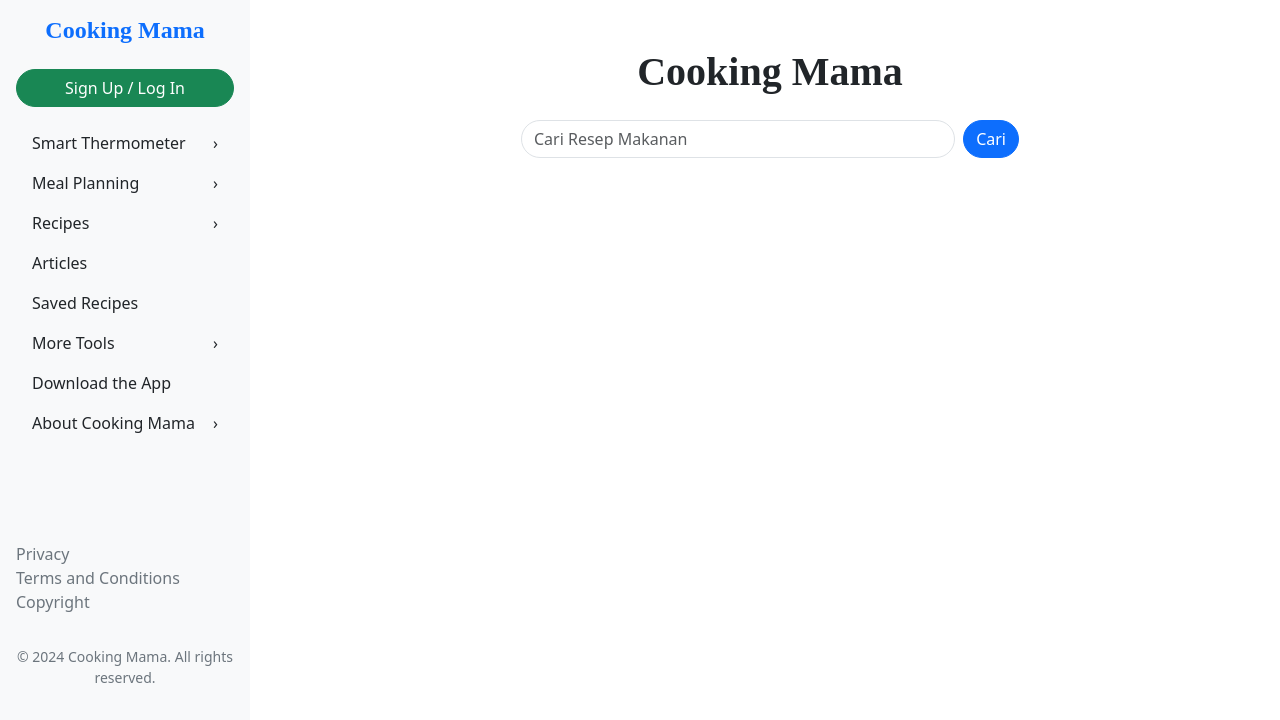
Repository: julius2510/UAS_Frontend_Kelompok10
Page: index.html
An editor plug-in stored every save of this project. The page is shown before and after the next save, followed by the edit.
The browser window is 1280 px wide. The pictures show the whole page.
Some icons come from a web library that is not loaded, so they are not drawn.

Above is the page before, as saved 2024-11-21 00:53:02.

### index.html
<!DOCTYPE html>
<html lang="en">
<head>
  <meta charset="UTF-8">
  <meta name="viewport" content="width=device-width, initial-scale=1.0">
  <title>Cooking Mama</title>
  <link href="https://cdn.jsdelivr.net/npm/bootstrap@5.3.0/dist/css/bootstrap.min.css" rel="stylesheet">
</head>
<body>
  <div class="d-flex">
    <!-- Sidebar Navbar -->
    <nav class="bg-light p-3 d-flex flex-column justify-content-between" style="width: 250px; height: 100vh; position: fixed; top: 0; left: 0; overflow-y: auto;">
      <!-- Header -->
      <div>
        <h2 class="fs-4 fw-bold text-primary text-center" style="font-family: cursive;">Cooking Mama</h2>
        <button class="btn btn-success w-100 rounded-pill my-3">Sign Up / Log In</button>
        <ul class="nav flex-column">
          <!-- Smart Thermometer -->
          <li class="nav-item">
            <a class="nav-link text-dark" data-bs-toggle="collapse" href="#collapseThermometer" role="button" aria-expanded="false" aria-controls="collapseThermometer">
              Smart Thermometer <span class="float-end">&rsaquo;</span>
            </a>
            <div class="collapse" id="collapseThermometer">
              <ul class="list-unstyled ps-3">
                <li><a href="#" class="nav-link text-secondary">Temperature Settings</a></li>
                <li><a href="#" class="nav-link text-secondary">Device Connectivity</a></li>
              </ul>
            </div>
          </li>
          <!-- Meal Planning -->
          <li class="nav-item">
            <a class="nav-link text-dark" data-bs-toggle="collapse" href="#collapseMealPlanning" role="button" aria-expanded="false" aria-controls="collapseMealPlanning">
              Meal Planning <span class="float-end">&rsaquo;</span>
            </a>
            <div class="collapse" id="collapseMealPlanning">
              <ul class="list-unstyled ps-3">
                <li><a href="#" class="nav-link text-secondary">Weekly Plan</a></li>
                <li><a href="#" class="nav-link text-secondary">Shopping List</a></li>
              </ul>
            </div>
          </li>
          <!-- Recipes -->
          <li class="nav-item">
            <a class="nav-link text-dark" data-bs-toggle="collapse" href="#collapseRecipes" role="button" aria-expanded="false" aria-controls="collapseRecipes">
              Recipes <span class="float-end">&rsaquo;</span>
            </a>
            <div class="collapse" id="collapseRecipes">
              <ul class="list-unstyled ps-3">
                <li><a href="#" class="nav-link text-secondary">Popular Recipes</a></li>
                <li><a href="#" class="nav-link text-secondary">Quick Recipes</a></li>
              </ul>
            </div>
          </li>
          <!-- Articles -->
          <li class="nav-item">
            <a href="#" class="nav-link text-dark">Articles <span class="float-end"></span></a>
          </li>
          <!-- Saved Recipes -->
          <li class="nav-item">
            <a href="#" class="nav-link text-dark">Saved Recipes <span class="float-end"></span></a>
          </li>
          <!-- More Tools -->
          <li class="nav-item">
            <a class="nav-link text-dark" data-bs-toggle="collapse" href="#collapseTools" role="button" aria-expanded="false" aria-controls="collapseTools">
              More Tools <span class="float-end">&rsaquo;</span>
            </a>
            <div class="collapse" id="collapseTools">
              <ul class="list-unstyled ps-3">
                <li><a href="#" class="nav-link text-secondary">Cooking Timer</a></li>
                <li><a href="#" class="nav-link text-secondary">Measurement Converter</a></li>
              </ul>
            </div>
          </li>
          <!-- Download the App -->
          <li class="nav-item">
            <a href="#" class="nav-link text-dark">Download the App <span class="float-end"></span></a>
          </li>

          <li class="nav-item">
            <a class="nav-link text-dark" data-bs-toggle="collapse" href="#collapseAbout" role="button" aria-expanded="false" aria-controls="collapseTools">
              About Cooking Mama <span class="float-end">&rsaquo;</span>
            </a>
            <div class="collapse" id="collapseAbout">
              <ul class="list-unstyled ps-3">
                <li><a href="about.html" class="nav-link text-secondary">About Us</a></li>
                <li><a href="contact.html" class="nav-link text-secondary">Contact Us</a></li>
                <li><a href="faq.html" class="nav-link text-secondary">FAQ</a></li>

              </ul>
            </div>
          </li>
        </ul>


      </div>

      <!-- Footer -->
      <div>

        <ul class="list-unstyled">
          <li><a href="#" class="nav-link text-secondary">Privacy</a></li>
          <li><a href="#" class="nav-link text-secondary">Terms and Conditions</a></li>
          <li><a href="#" class="nav-link text-secondary">Copyright</a></li>
        </ul>
        <div class="d-flex justify-content-between mt-3">
          <a href="#" class="text-secondary"><i class="bi bi-facebook"></i></a>
          <a href="#" class="text-secondary"><i class="bi bi-pinterest"></i></a>
          <a href="#" class="text-secondary"><i class="bi bi-youtube"></i></a>
          <a href="#" class="text-secondary"><i class="bi bi-tiktok"></i></a>
        </div>
        <p class="text-secondary mt-3 text-center small">© 2024 Cooking Mama. All rights reserved.</p>
      </div>
    </nav>

    <!-- Main Content -->
    <div class="container mt-5" style="margin-left: 260px;">
      <h1 class="text-center mb-4 fs-1 fw-bold" style="font-family: cursive;">Cooking Mama</h1>
      <div class="d-flex justify-content-center">
        <form id="searchForm" class="d-flex w-50">
          <input type="text" id="query" class="form-control me-2 rounded-pill" placeholder="Cari Resep Makanan" required>
          <button type="submit" class="btn btn-primary rounded-pill">Cari</button>
        </form>
      </div>
      <div id="results" class="row g-4 mt-4"></div>
      <div id="recipeDetails" class="mt-5"></div>
    </div>
  </div>

  <script src="script.js"></script>
  <script src="https://cdn.jsdelivr.net/npm/bootstrap@5.3.0/dist/js/bootstrap.bundle.min.js"></script>
  <script src="https://cdn.jsdelivr.net/npm/bootstrap-icons/font/bootstrap-icons.js"></script>
</body>
</html>

### script.js
const apiKey = 'c30bb4e46d6d4ec082eb3f1c8cf1c071'; // API Key Anda
const searchForm = document.getElementById('searchForm');
const resultsDiv = document.getElementById('results');
const recipeDetailsDiv = document.getElementById('recipeDetails');

// Fungsi untuk mendapatkan data resep
async function getRecipes(query) {
  const apiUrl = `https://api.spoonacular.com/recipes/complexSearch?query=${query}&apiKey=${apiKey}`;
  try {
    const response = await fetch(apiUrl);
    const data = await response.json();
    return data.results;
  } catch (error) {
    console.error('Error fetching recipes:', error);
    resultsDiv.innerHTML = `<p class="text-danger text-center">Terjadi kesalahan saat mengambil data.</p>`;
  }
}

// Fungsi untuk mendapatkan detail resep
async function getRecipeDetails(recipeId) {
  const apiUrl = `https://api.spoonacular.com/recipes/${recipeId}/information?apiKey=${apiKey}`;
  try {
    const response = await fetch(apiUrl);
    const data = await response.json();
    return data;
  } catch (error) {
    console.error('Error fetching recipe details:', error);
    recipeDetailsDiv.innerHTML = `<p class="text-danger text-center">Terjadi kesalahan saat mengambil detail resep.</p>`;
  }
}

// Fungsi untuk menampilkan data resep
function displayRecipes(recipes) {
  resultsDiv.innerHTML = '';
  recipeDetailsDiv.innerHTML = ''; // Bersihkan detail sebelumnya
  if (!recipes || recipes.length === 0) {
    resultsDiv.innerHTML = '<p class="text-center">Tidak ada resep ditemukan.</p>';
    return;
  }

  recipes.forEach(recipe => {
    const recipeCard = `
      <div class="col-md-4">
        <div class="card">
          <img src="${recipe.image}" class="card-img-top" alt="${recipe.title}">
          <div class="card-body">
            <h5 class="card-title">${recipe.title}</h5>
            <button class="btn btn-info" onclick="showRecipeDetails(${recipe.id})">Lihat Detail</button>
          </div>
        </div>
      </div>
    `;
    resultsDiv.innerHTML += recipeCard;
  });
}

// Fungsi untuk menampilkan detail resep
async function showRecipeDetails(recipeId) {
  const recipe = await getRecipeDetails(recipeId);
  recipeDetailsDiv.innerHTML = `
    <div class="card">
      <div class="card-header">
        <h2>${recipe.title}</h2>
      </div>
      <div class="card-body">
        <img src="${recipe.image}" class="img-fluid mb-3" alt="${recipe.title}">
        <h5>Bahan-Bahan:</h5>
        <ul>
          ${recipe.extendedIngredients.map(ing => `<li>${ing.original}</li>`).join('')}
        </ul>
        <h5>Langkah-Langkah:</h5>
        <ol>
          ${recipe.analyzedInstructions.length > 0
            ? recipe.analyzedInstructions[0].steps.map(step => `<li>${step.step}</li>`).join('')
            : '<li>Tidak ada langkah tersedia.</li>'}
        </ol>
      </div>
    </div>
  `;
}

// Event listener untuk form pencarian
searchForm.addEventListener('submit', async (e) => {
  e.preventDefault();
  const query = document.getElementById('query').value;
  const recipes = await getRecipes(query);
  displayRecipes(recipes);
});

After the next save:
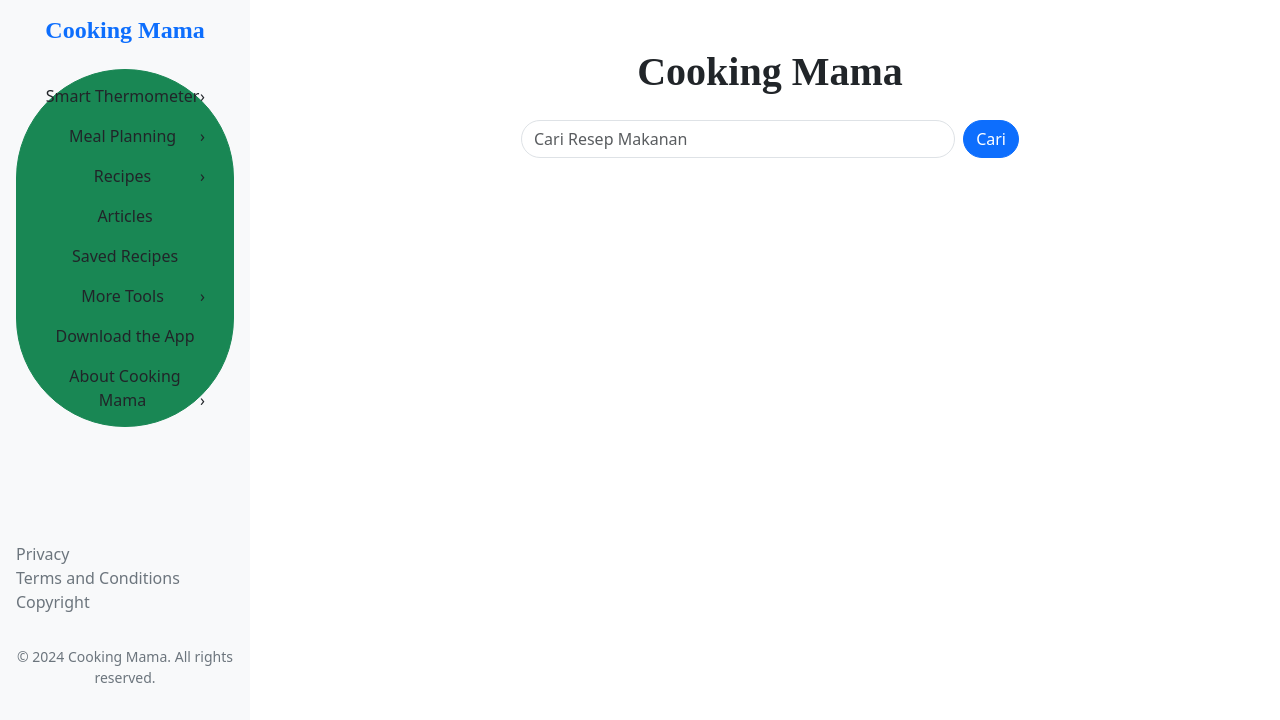
Saved 6 h 46 min later.
--- a/index.html
+++ b/index.html
@@ -13,7 +13,7 @@
       <!-- Header -->
       <div>
         <h2 class="fs-4 fw-bold text-primary text-center" style="font-family: cursive;">Cooking Mama</h2>
-        <button class="btn btn-success w-100 rounded-pill my-3">Sign Up / Log In</button>
+        <button class="btn btn-success w-100 rounded-pill my-3"><aSign Up / Log In</button>
         <ul class="nav flex-column">
           <!-- Smart Thermometer -->
           <li class="nav-item">

After the 4 saves that followed:
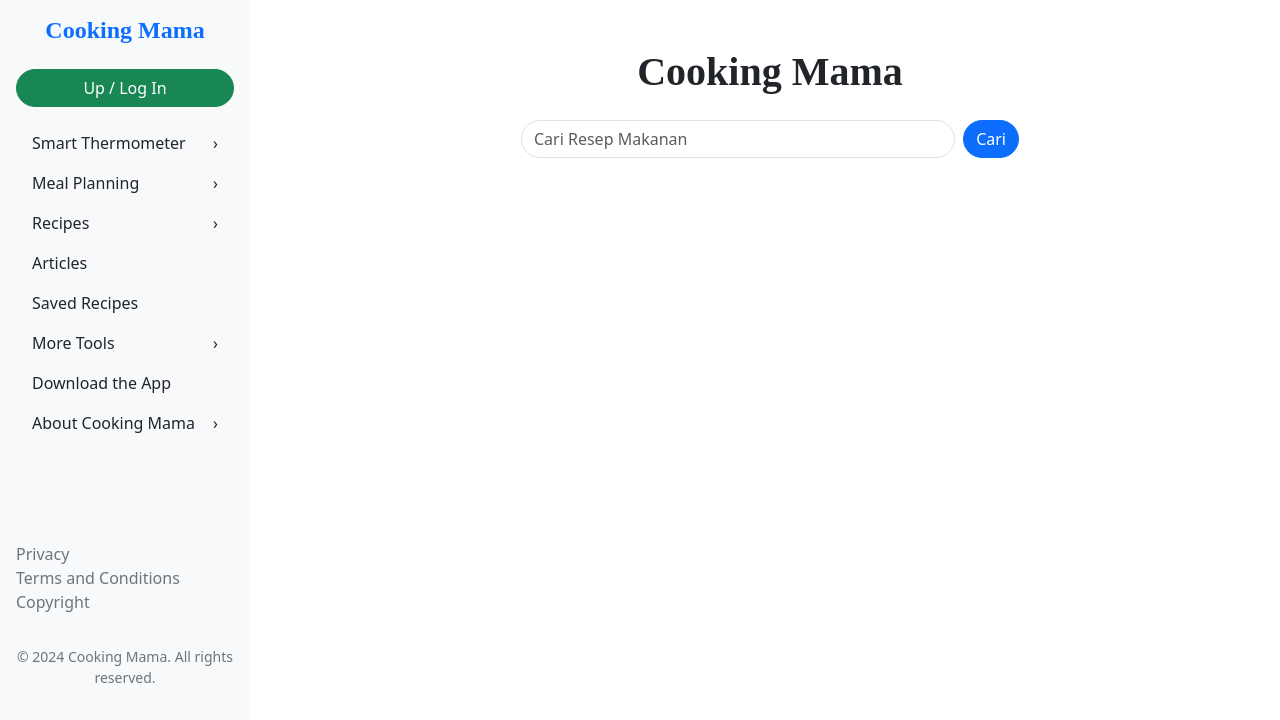
The 4 saves are shown as one change because 2 left the picture as it was and some came seconds apart.
The last was saved 21 s later.
--- a/index.html
+++ b/index.html
@@ -13,7 +13,7 @@
       <!-- Header -->
       <div>
         <h2 class="fs-4 fw-bold text-primary text-center" style="font-family: cursive;">Cooking Mama</h2>
-        <button class="btn btn-success w-100 rounded-pill my-3"><aSign Up / Log In</button>
+        <button class="btn btn-success w-100 rounded-pill my-3"><a href="login.html"></a> Up / Log In</button>
         <ul class="nav flex-column">
           <!-- Smart Thermometer -->
           <li class="nav-item">
